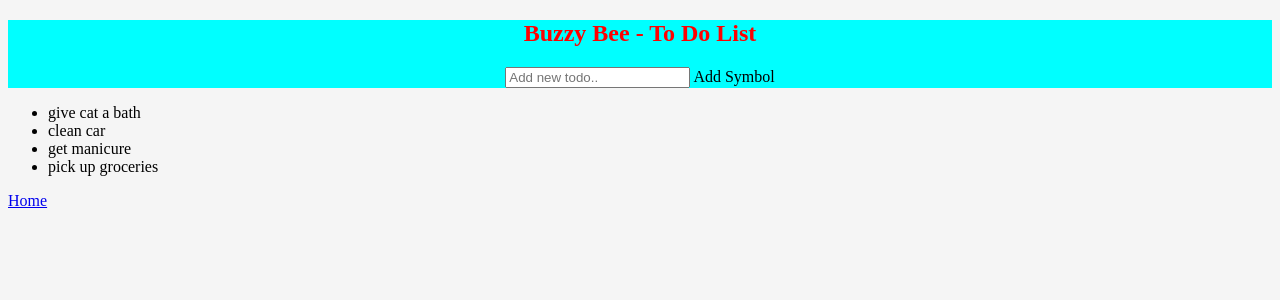
Repository: seleniadelgado/backend-spring2020-angie
Page: projects/todo/public_html/index.html
An editor plug-in stored every save of this project. The page is shown before and after the next save, followed by the edit.
The browser window is 1280 px wide. The pictures show the whole page.

Above is the page before, as saved 2020-05-11 18:04:57.
Console error: ReferenceError: d is not defined

### projects/todo/public_html/index.html
<!DOCTYPE html>

<html lang="en">
    <head>
        <meta charset="utf-8">
        <title>Buzzy Bee - To Do List</title>
        <meta name="description" content="The HTML5 Herald">
        <meta name="author" content="SitePoint">
        <link rel="stylesheet" href="styles.css">
        <script
            src="https://code.jquery.com/jquery-3.5.0.min.js"
            integrity="sha256-xNzN2a4ltkB44Mc/Jz3pT4iU1cmeR0FkXs4pru/JxaQ="
            crossorigin="anonymous">
        </script>
</head>
<body>
    <div class="sectionTitle">
        <div class="appTitle">
            <h2>Buzzy Bee - To Do List</h2>
        </div>
        <div id="addNote">
            <input type="text" id="newNote" placeholder="Add new todo..">
            <span class="addBtn">Add Symbol</span>
        </div>
    </div>

    <ul id="myList">
        <li>give cat a bath</li>
        <li>clean car</li>
        <li>get manicure</li>
        <li>pick up groceries</li>
    </ul>

























    <a href="http://localhost:3000/">Home</a>



    <script>
        $(document).ready(() => {d
            let objectToSend = {
                note: "Do something",
                author: "Nick"
            }

            $.post("http://localhost:3000/newNote", objectToSend, (dataToGet) => {
                console.log(dataToGet);
            });
            $.post("http://localhost:3000/readNotes", {}, (dataToGet) => {
                let allNotesArray = dataToGet.notes;

                console.log(allNotesArray);
            })
        })
    </script>
</body>
</html>

### projects/todo/public_html/styles.css
html {
    background-color: whitesmoke;
}

.sectionTitle {
    background-color: aqua;
    text-align: center;
}

.appTitle {
    color: red;
}
#addNote {
    border: none;
}

After the next save:
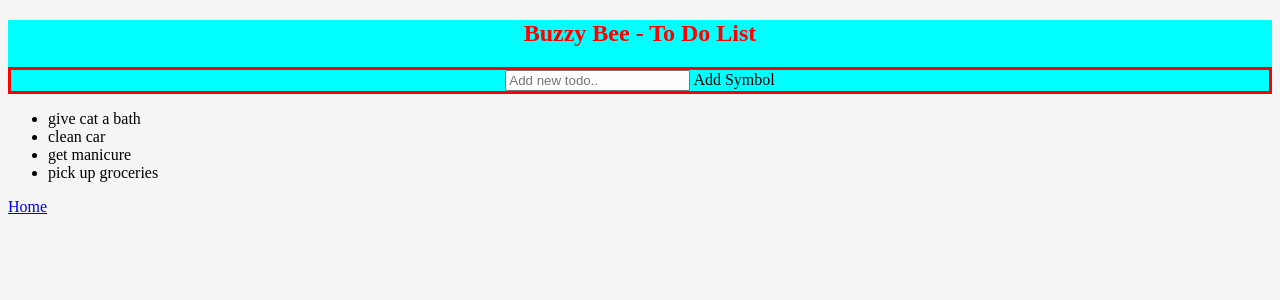
Saved 36 s later.
--- a/projects/todo/public_html/styles.css
+++ b/projects/todo/public_html/styles.css
@@ -11,5 +11,5 @@ html {
     color: red;
 }
 #addNote {
-    border: none;
+    border: solid red;
 }

After the save that followed:
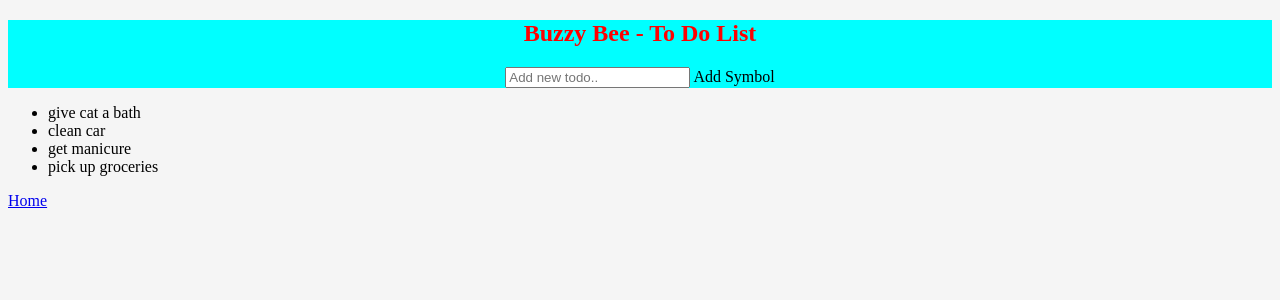
Saved 12 s later.
--- a/projects/todo/public_html/styles.css
+++ b/projects/todo/public_html/styles.css
@@ -11,5 +11,5 @@ html {
     color: red;
 }
 #addNote {
-    border: solid red;
+    border: none;
 }
